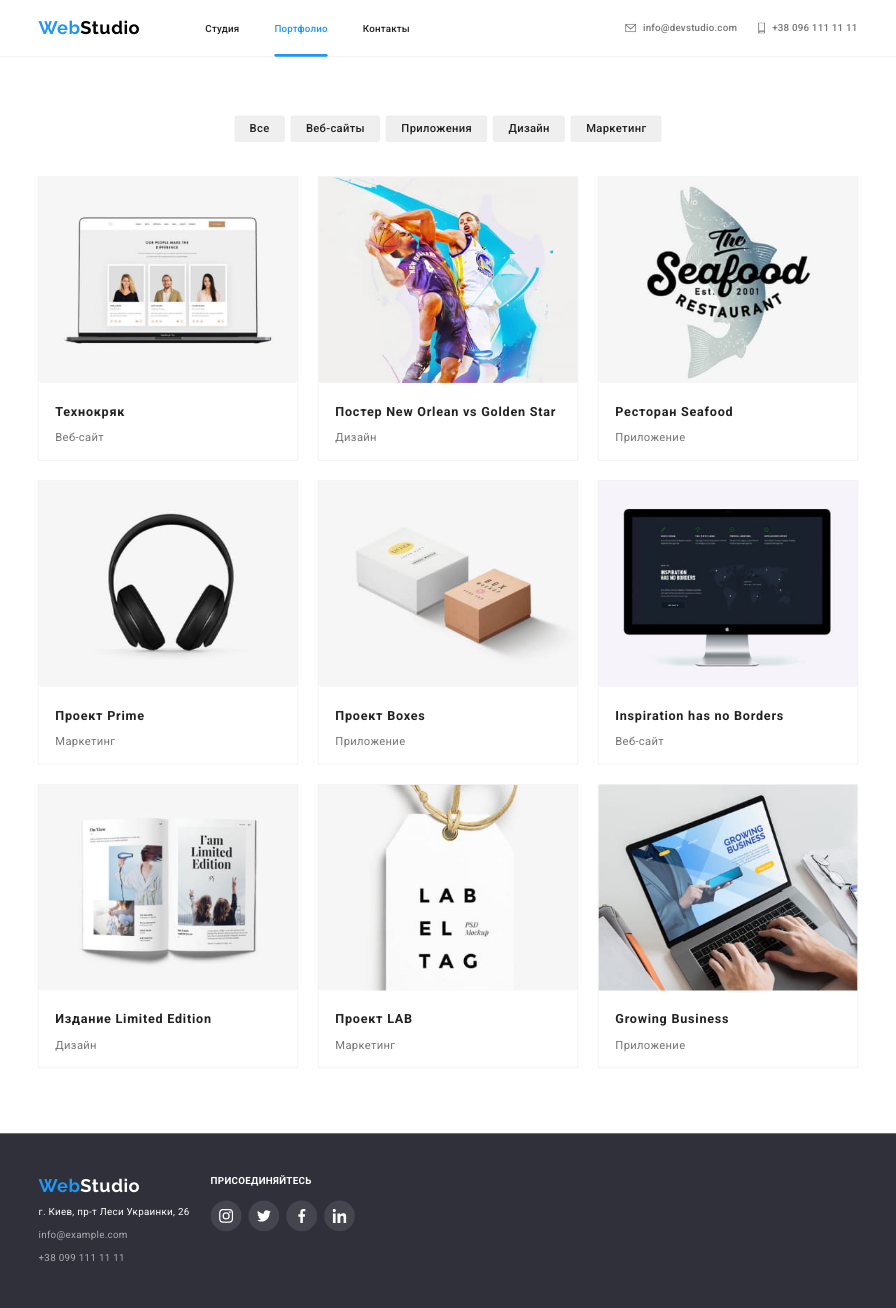
Repository: UliyaKucherernko/home-work-8
Page: porfolio.html
The author's editor kept a copy of each file at every save. The page is drawn from the files as they stood at one save, then again after the next save.
The browser window is 1280 px wide. The pictures show the whole page, at 70% of full size.

Above is the page before, as saved 2021-04-14 00:32:31.

### porfolio.html
<!DOCTYPE html>
<html lang="en">
<head>
    <!-- Служебная информация -->
    <meta charset="UTF-8">
    <meta http-equiv="X-UA-Compatible" content="IE=edge">
    <meta name="viewport" content="width=device-width, initial-scale=1.0">
    <title>homework5</title>
    <link rel="preconnect" href="https://fonts.gstatic.com">
    <link href="https://fonts.googleapis.com/css2?family=Raleway:wght@700&family=Roboto:wght@400;500;700;900&display=swap" rel="stylesheet">
    <link rel="stylesheet" href="./css/styles.css">
</head>
<body>

   <header class="header">
      <div class="container">
         <!-- Шапка -->
         <nav class="navigation">
            <a class="link logo-header" href="index.html">
               <span class="web">Web</span><span class="studio">Studio</span></a>
            <ul class="list menu">
               <li class="menu-item">
                  <a href="./index.html" class="link link-title menu-link">Студия</a>
               </li>
               <li class="menu-item">
                  <a href="./porfolio.html" class="link link-title menu-link current">Портфолио</a>
               </li>
               <li class="menu-item">
                  <a class="link link-title menu-link" href="">Контакты</a>
               </li>
            </ul>
         </nav>
         <ul class="list header-adress">
            <li class="contact-item">
               <a class="link contact-links menu-adress" href="mailto:info@devstudio.com">
                  <svg class="icon-header" width="16" height="12">
                     <use href="./images/icons-sprite.svg#icon-mail"></use>
                  </svg>
                  info@devstudio.com
               </a>
            </li>
            <li class="contact-item">
               <a class="link contact-links menu-adress" href="tel:+380961111111">
                  <svg class="icon-header" width="10" height="16">
                     <use href="./images/icons-sprite.svg#icon-phone"></use>
                  </svg>
                  +38 096 111 11 11
               </a>
            </li>
         </ul>
      </div>
   </header>

     <!--что входит в портфолио-->
    <main>
      <section class="gallery">
         <div class="container">
          <ul class="list gallery-btns">
              <li><button class="button-filtr" type="button">Все</button></li>
              <li><button class="button-filtr" type="button">Веб-сайты</button></li>
              <li><button class="button-filtr" type="button">Приложения</button></li>
              <li><button class="button-filtr" type="button">Дизайн</button></li>
              <li><button class="button-filtr" type="button">Маркетинг</button></li>
          </ul>



           <!--  <div class="gallery-thumb"> -->
               <!-- <div class="gallery-overlay">
                  <p class="gallery-text-overlay">Технокряк это современная площадка распространения коронавируса.
                     Компании используют эту платформу для цифрового
                  шпионажа и атак на защищённые сервера конкурентов.</p>
               </div> -->
               <ul class="list grid gallery-list">
                <li class="gallery-card"><img src="./images/1-monitor.jpg" alt="на мониторе 3 фотокарточки людей" width="370">
                <div class="gallery-names">
                       <h3 class="filtrs">Технокряк</h3>
                       <p class="main-filtrs">Веб-сайт</p>
                </div>
               </li>


                  <li class="gallery-card"><img src="./images/2-nba.jpg" alt="2 прня играют в баскетбол" width="370">
                     <div class="gallery-names">
                         <h3 class="filtrs">Постер New Orlean vs Golden Star</h3>
                        <p class="main-filtrs">Дизайн</p>
                      </div>
                  </li>

               <li class="gallery-card"><img src="./images/3-seafood.jpg" alt="рыбный ресторан" width="370">
                      <div class="gallery-names">
                         <h3 class="filtrs">Ресторан Seafood</h3>
                       <p class="main-filtrs">Приложение</p>
                   </div>
                  </li>

                  <li class="gallery-card"><img src="./images/4-prime.jpg" alt="наушники" width="370">
                     <div class="gallery-names">
                        <h3 class="filtrs">Проект Prime</h3>
                        <p class="main-filtrs">Маркетинг</p>
                     </div>
                     </li>

                  <li class="gallery-card"><img src="./images/5-boxes.jpg" alt="2 коробки разного размера" width="370">
                     <div class="gallery-names">
                        <h3 class="filtrs">Проект Boxes</h3>
                        <p class="main-filtrs">Приложение</p>
                     </div>
                     </li>

                  <li class="gallery-card"><img src="./images/6-borders.jpg" alt="монитор борд с картой мира" width="370">
                     <div class="gallery-names">
                        <h3 class="filtrs">Inspiration has no Borders</h3>
                        <p class="main-filtrs">Веб-сайт</p>
                     </div>
                     </li>

                  <li class="gallery-card"><img src="./images/7-magazine.jpg" alt="журнал" width="370">
                     <div class="gallery-names">
                        <h3 class="filtrs">Издание Limited Edition</h3>
                        <p class="main-filtrs">Дизайн</p>
                     </div>
                     </li>

                  <li class="gallery-card"><img src="./images/8-labels.jpg" alt="белая этикетка бирка" width="370">
                     <div class="gallery-names">
                        <h3 class="filtrs">Проект LAB</h3>
                        <p class="main-filtrs">Маркетинг</p>
                     </div>
                     </li>

                  <li class="gallery-card"><img src="./images/9-nout.jpg" alt="печатают на ноуте" width="370">
                     <div class="gallery-names">
                        <h3 class="filtrs">Growing Business</h3>
                        <p class="main-filtrs">Приложение</p>
                     </div>
                     </li>
                  </ul>
           </div>
     </section>
    </main>

   <!--подвал-->
   <footer class="footer-dark-bg">
      <div class="container">
         <div class="grid">
            <div class="grid-item-3">
               <a class="link footer-logo" href="index.html">
                  <span class="web">Web</span><span class="studio-footer">Studio</span></a>
               <address>
                  <ul class="footer-list">
                     <li><a href="" class="link footer-adress">г. Киев, пр-т Леси Украинки, 26</a></li>
                     <li><a href="mailto:info@example.com" class="link footer-social">info@example.com</a></li>
                     <li><a href="+380991111111" class="link footer-social">+38 099 111 11 11</a></li>
                  </ul>
               </address>
            </div>

            <div class="grid-item-3">
               <div class="card-footer">
                  <p class="f-sleng">присоединяйтесь</p>
               </div>
               <ul class="d-inline-flex">
                  <li class="social-icon-item">
                     <a href="" class="social-icon-link foo-icon">
                        <svg>
                           <use href="./images/icons-sprite.svg#icon-instagram"></use>
                        </svg>
                     </a>
                  </li>
                  <li class="social-icon-item">
                     <a href="" class="social-icon-link foo-icon">
                        <svg>
                           <use href="./images/icons-sprite.svg#icon-twitter"></use>
                        </svg>
                     </a>
                  </li>
                  <li class="social-icon-item">
                     <a href="" class="social-icon-link foo-icon">
                        <svg>
                           <use href="./images/icons-sprite.svg#icon-facebook"></use>
                        </svg>
                     </a>
                  </li>
                  <li class="social-icon-item">
                     <a href="" class="social-icon-link foo-icon">
                        <svg>
                           <use href="./images/icons-sprite.svg#icon-linkedin"></use>
                        </svg>
                     </a>
                  </li>
               </ul>
            </div>

         </div>
         <!-- <div class="card-footer-news">
                       <p class="news-title">подпишитесь на рассылку</p>
                     </div> -->
      </div>
   </footer>
   </body>

   </html>

### css/styles.css
/*-----Утилиты----------*/
:root {
  --main-text-color: #757575;
  --accent-color: #2196f3;
  --title-color: #212121;
  --dark-bg-color: #2f303a;
  --content-color: #ffffff;
  --team-color: #f5f4fa;
  --social-color: #afb1b8;
}

.grid-item-1 {
  --grid-item: 12;
}

.grid-item-2 {
  --grid-item: 6;
}

.grid-item-3 {
  --grid-item: 4;
}

.grid-item-4 {
  --grid-item: 3;
}

.grid-item-6 {
  --grid-item: 2;
}

.grid-item-12 {
  --grid-item: 1;
}

:focus {
  outline: none;
}

*,
::after,
::before {
  box-sizing: inherit;
}

.web {
  color: var(--accent-color);
}
.studio {
  color: #000000;
}

.studio-footer {
  color: var(--content-color);
}

address {
  font-style: normal;
}

body {
  font-family: "Roboto", sans-serif;
  font-size: 14px;
  font-weight: 500;
  line-height: 16px;
  letter-spacing: 0.02em;
  text-align: left;
  color: var(--main-text-color);
  margin: 0;
}

.link {
  text-decoration: none;
  color: inherit;
}

.container {
  width: 1200px;
  padding-left: 15px;
  padding-right: 15px;
  margin-right: auto;
  margin-left: auto;
  box-sizing: border-box;
  /* background-color:gray; */
}

.grid {
  display: flex;
  flex-wrap: wrap;
  gap: 30px;
}

.grid-item {
  flex-basis: calc((100% - 30px * var(--grid-item)) / var(--grid-item));
}

button {
  cursor: pointer;
  font-family: inherit;
}

h1,
h2,
h3,
h4,
h5,
h6,
p,
ul,
li {
  margin: 0;
  padding: 0;
}
/*Конец Утилит*/

.list {
  display: flex;
  justify-content: center;
  margin-top: 0;
  margin-bottom: 0;
  padding-left: 0;

  list-style: none;
}

.section-title {
  margin-top: 0;
  margin-bottom: 0;
  text-align: center;
  font-weight: 700;
  font-size: 36px;
  line-height: 1.16;
  letter-spacing: 0.03em;
  color: var(--title-color);
}

/*--------требование к команде------------*/

.all-feature {
  padding-top: 94px;
  padding-bottom: 94px;
}

.feature {
  display: inline-block;
  width: 270px;
  height: 251px;
  /* background-color: var(--team-color);
  border-radius: 4px; */
}

.feature-icon {
  display: flex;
  justify-content: center;
  align-items: center;
  background-color: var(--team-color);
  border-radius: 4px;
  width: 270px;
  height: 120px;
}

.feature-icon svg {
  width: 70px;
  height: 70px;
}

.feature:not(:last-child) {
  margin-right: 30px;
}

.main-team-feature {
  margin-top: 30px;
  font-weight: 700;
  font-size: 14px;
  line-height: 1.14;
  letter-spacing: 0.03em;
  text-transform: uppercase;
  color: var(--title-color);
}

.team-feature {
  margin-top: 12px;
  margin-bottom: 0;
  font-weight: 400;
  font-size: 14px;
  line-height: 1.71;
  letter-spacing: 0.03em;
  color: var(--main-text-color);
  font-size: 14px;
  line-height: 1.71;
  letter-spacing: 0.03em;
  color: var(--main-text-color);
}

/*.visually-hidden {
  position: absolute;
  {
  display: block;
  content: "";
  width: 270px;
  height: 120px;
  background-color: var(--team-color);
  border-radius: 4px;
}px;
  margin: -1px;
  border: 0;
  p
.link.current {
  color: var(--accent-color);
}*/

/* ------3 box---------- */
.content {
  position: absolute;

  display: flex;
  justify-content: center;
  align-items: center;
  font-weight: bold;
  line-height: 1.14;
  text-transform: uppercase;
  top: 224px;
  right: 0;
  width: 100%;
  height: 70px;
  color: var(--content-color);
  background-color: rgba(47, 48, 58, 0.8);
}
.boxes {
  margin-top: 50px;
}

.box-product {
  position: relative;
}

/*----------HERO----------  */

.hero-dark-bg {
  max-width: 1600px;
  height: 600px;
  margin-left: auto;
  margin-right: auto;
  padding: 200px 0;
  box-sizing: border-box;
  background: #c4c4c4;
}

.hero-title {
  margin-top: auto;
  margin-bottom: 30px;
  margin-left: auto;
  margin-right: auto;
  width: 696px;
  height: 120px;
  font-weight: 900;
  font-size: 44px;
  line-height: 1.36;

  letter-spacing: 0.06em;
  text-transform: uppercase;
  text-align: center;
  color: var(--content-color);
}

.overlay {
  max-width: 1600px;
  height: 600px;

  margin-left: auto;
  margin-right: auto;
  background-image: linear-gradient(
      to right,
      rgba(47, 48, 58, 0.4),
      rgba(47, 48, 58, 0.4)
    ),
    url(../images/team-overlay.jpg);
  background-repeat: no-repeat;
  background-position: center;
  background-size: cover;
}

.hero {
  display: flex;
  flex-direction: column;
  justify-content: center;
  align-items: center;
}

.hero-button {
  padding: 10px 32px;
  min-width: 136px;
  font-weight: 700;
  font-size: 16px;
  line-height: 1.87;
  letter-spacing: 0.06em;
  background: var(--accent-color);
  border-radius: 4px;
  border: 0;
  color: #ffffff;
}

/* -----BUTTON GALLERY----- */

.button-filtr {
  border: 0;
  border-radius: 4px;
  padding: 6px 22px;
  font-weight: 500;
  font-size: 16px;
  line-height: 1.62;
  letter-spacing: 0.03em;
  color: var(--title-color);
}

.button-filtr:hover,
.button-filtr:focus {
  box-shadow: 0px 3px 1px rgba(0, 0, 0, 0.1), 0px 1px 2px rgba(0, 0, 0, 0.08),
    0px 2px 2px rgba(0, 0, 0, 0.12);
  transition-duration: 250ms;
  transition-timing-function: cubic-bezier(0.4, 0, 0.2, 1);
}

.gallery-btns li:not(:last-child) .button-filtr {
  margin-right: 8px;
}

button:hover,
button:focus {
  background: var(--accent-color);
  color: #fff;
  transition-duration: 250ms;
  transition-timing-function: cubic-bezier(0.4, 0, 0.2, 1);
}

.gallery-list {
  padding-bottom: 94px;
  margin-top: 50px;
}

.gallery {
  padding-top: 84px;
}

.gallery-names {
  padding: 20px 24px 20px 24px;
}
.gallery-card {
  --grid-item: 3;
  width: 370px;
  height: 404px;
  box-sizing: border-box;
  background: var(--content-color);
  outline: 1px solid #eeeeee;
}

.gallery-card:hover,
.gallery-card:focus {
  box-shadow: 0px 1px 1px rgba(0, 0, 0, 0.12), 0px 4px 4px rgba(0, 0, 0, 0.06),
    1px 4px 6px rgba(0, 0, 0, 0.16);
  transition-duration: 250ms;
  transition-timing-function: cubic-bezier(0.4, 0, 0.2, 1);
}

.filtrs {
  margin-bottom: 4px;
  font-weight: 700;
  font-size: 18px;
  line-height: 2;
  letter-spacing: 0.06em;
  color: var(--title-color);
}

.main-filtrs {
  font-weight: 400;
  font-size: 16px;
  line-height: 1.87;
  letter-spacing: 0.03em;
  color: var(--main-text-color);
}

.work {
  padding-top: 94px;
  padding-bottom: 94px;
}

.social-icons .icon {
  width: 20px;
  height: 20px;
  fill: var(--social-color);
}

.d-inline-flex {
  display: inline-flex;
}
/*
.gallery-thumb {
  position: relative;
  overflow: hidden;
}

.gallery-overlay {
  position: absolute;
  display: flex;
  align-items: center;
  width: 100%;
  height: 100%;
}

.gallery-text-overlay {
  font-size: 18px;
  max-width: 340px;
  padding-left: 24px;
  line-height: 1.56;
  color: var(--content-color);
}

.gallery-thumb::before {
  display: inline-block;
  content: "";

  position: absolute;
  top: 0;
  left: 0;
  width: 370px;
  height: 294px;
  background-color: rgba(33, 150, 243, 0.9);
  opacity: 0;
}

.gallery-list:hover .gallery-thumb::before {
  transform: translateY(0);
} */

/* -------команда имена карточки соц иконки----------- */

.team-card {
  --grid-item: 4;
  text-align: center;
  background: white;
  width: 270px;
  height: 428px;
  box-sizing: border-box;
  box-shadow: 0px 1px 3px rgb(0 0 0 / 12%), 0px 1px 1px rgb(0 0 0 / 14%),
    0px 2px 1px rgb(0 0 0 / 20%);
  border-radius: 0px 0px 4px 4px;
}

.team {
  padding-top: 94px;
  padding-bottom: 94px;
  box-sizing: border-box;
  background: var(--team-color);
}

.team-card:not(:last-child) {
  margin-right: 30px;
}

.team-names {
  padding: 30px 0;
}

.names {
  margin-bottom: 10px;
  font-weight: 500;
  font-size: 16px;
  line-height: 1.18;
  letter-spacing: 0.03em;
  color: var(--title-color);
}

.team-profession {
  margin-top: 10px;
  margin-bottom: 16px;
  font-weight: 400;
  font-size: 16px;
  line-height: 1.18;
  letter-spacing: 0.03em;
  color: var(--main-text-color);
}

.team-body {
  display: flex;
  justify-content: center;
  margin-top: 50px;
  list-style: none;
}

.team-body .team-item:not(:last-child) {
  margin-right: 30px;
}

.social-icon-item {
  display: block;
}

.social-icon-item svg {
  width: 20px;
  height: 20px;
}

.social-icon-item:not(:last-child) {
  margin-right: 10px;
}

.social-icon-link {
  display: flex;
  justify-content: center;
  align-items: center;
  width: 44px;
  height: 44px;
  border-radius: 50%;
}

.social-icon-link.team-icon {
  background: var(--content-color);
}

.social-icon-link.team-icon:hover svg,
.social-icon-link.team-icon:focus svg {
  fill: var(--content-color);
  transition-duration: 250ms;
  transition-timing-function: cubic-bezier(0.4, 0, 0.2, 1);
}

.social-icon-link.team-icon svg {
  fill: var(--social-color);
}

.social-icon-link.foo-icon svg {
  fill: var(--content-color);
}

.social-icon-link.foo-icon {
  background: rgba(255, 255, 255, 0.1);
}

.social-icon-link:hover,
.social-icon-link:focus {
  background-color: var(--accent-color);
  transition-duration: 250ms;
  transition-timing-function: cubic-bezier(0.4, 0, 0.2, 1);
}

.social-icon-link.team-icon:hover .icon,
.social-icon-link.team-icon:focus .icon {
  fill: var(--content-color);
  transition-duration: 250ms;
  transition-timing-function: cubic-bezier(0.4, 0, 0.2, 1);
}

/* ------постоянные клиенты-------- */

.cl {
  padding-top: 94px;
  padding-bottom: 94px;
}

.cl-item .cl-logo {
  fill: var(--social-color);
}

.cl-item {
  display: flex;
}

.social-icons .cl-logo {
  fill: var(--social-color);
}

.cl-link:hover .cl-logo,
.cl-link:focus .cl-logo {
  fill: var(--accent-color);
  transition-duration: 250ms;
  transition-timing-function: cubic-bezier(0.4, 0, 0.2, 1);
}

.item-cl:not(:last-child) {
  margin-right: 30px;
}

.cl-link {
  margin-top: 50px;
  display: flex;
  justify-content: center;
  align-items: center;
  width: 170px;
  height: 90px;
  border: 1px solid #afb1b8;
  border-radius: 4px;
}

.cl-link:hover,
.cl-link:focus {
  border: 1px solid var(--accent-color);
  transition-duration: 250ms;
  transition-timing-function: cubic-bezier(0.4, 0, 0.2, 1);
}

.cl-link .navigation {
  display: flex;
  align-items: center;
  margin-right: auto;
}

/* -------------ХЕДЕР-------------- */

.navigation {
  display: flex;
  align-items: center;
  margin-right: auto;
}

.header {
  border-bottom: 1px solid #eeeeee;

  color: var(--title-color);
}

.header .container {
  display: flex;
  justify-content: flex-end;
  align-items: center;
}

.header-adress {
  font-weight: 500;
  font-size: 14px;
  line-height: 1.14;
  letter-spacing: 0.02em;
  color: var(--main-text-color);
}
.logo-header {
  margin-right: 93px;

  font-family: Raleway;
  font-weight: 700;
  font-size: 26px;
  line-height: 1.19;
  letter-spacing: 0.03em;
}

.current {
  color: var(--accent-color);
}
.menu {
  display: inline-flex;
}

.link-title {
  position: relative;
  padding-bottom: 32px;
  padding-left: 0;
  padding-right: 0;
  transition-property: color;
}
.menu-link {
  display: block;
  padding-top: 32px;
  padding-bottom: 32px;
  padding-left: 0;
  padding-right: 0;
  transition-property: color;
  transition-duration: 250ms;
  transition-timing-function: cubic-bezier(0.4, 0, 0.2, 1);
}
.current::after {
  content: "";
  position: absolute;
  display: block;
  width: 100%;
  height: 4px;
  border-radius: 2px;
  left: 0;
  bottom: -1px;
  background-color: var(--accent-color);
}

.menu-item:not(:last-child) {
  margin-right: 50px;
}

.menu-adress:not(:last-child) {
  margin-right: 50px;
}

.menu-adress:hover,
.menu-adress:focus {
  color: var(--accent-color);
  transition-duration: 250ms;
  transition-timing-function: cubic-bezier(0.4, 0, 0.2, 1);
}

.contact-item:not(:last-child) {
  margin-right: 30px;
}

.icon-header {
  fill: var(--main-text-color);
}

.header-adress .icon-header {
  margin-right: 10px;
  stroke: var(--main-text-color);
}

.link-title:hover,
.link-title:focus {
  color: var(--accent-color);
  transition-duration: 250ms;
  transition-timing-function: cubic-bezier(0.4, 0, 0.2, 1);
}

.contact-links {
  display: flex;
  align-items: center;
}

.contact-links:hover .icon-header,
.contact-links:focus .icon-header {
  stroke: var(--accent-color);
  transition-duration: 250ms;
  transition-timing-function: cubic-bezier(0.4, 0, 0.2, 1);
}

.contact-links .footer-list {
  margin-top: 20px;
  list-style: none;
}

/* ---------------------ФУТЕР---------------- */

.f-block {
  --grid-item: 2;
  align-self: baseline;
}

.footer-list li {
  margin-top: 9px;
  list-style: none;
}

.footer-dark-bg {
  padding: 60px 0;
  box-sizing: border-box;
  background: var(--dark-bg-color);
}

.footer-social {
  font-weight: 400;
  font-size: 14px;
  line-height: 1.71;
  letter-spacing: 0.03em;
  color: rgba(255, 255, 255, 0.6);
}

.footer-adress {
  font-weight: 400;
  font-size: 14px;
  line-height: 1.71;
  letter-spacing: 0.03em;
  color: #ffffff;
}

.footer-logo {
  font-family: Raleway;
  font-weight: 700;
  font-size: 26px;
  line-height: 1.19;
  letter-spacing: 0.03em;
}

.f-sleng {
  margin-bottom: 20px;
  font-weight: 700;
  font-size: 14px;
  line-height: 1.14;
  letter-spacing: 0.03em;
  text-transform: uppercase;
  color: var(--content-color);
}

/* ------МОДАЛЬНОЕ ОКНО------- */
.backdrop {
  position: fixed;
  width: 100%;
  height: 100%;
  left: 0px;
  top: 0px;

  background: rgba(0, 0, 0, 0.2);
}

.backdrop.is-hidden {
  opacity: 0;
  pointer-events: none;
}

.modal {
  position: absolute;
  top: 50%;
  left: 50%;
  transform: translate(-50%, -50%);

  width: 528px;
  height: 581px;
  box-shadow: 0px 1px 3px rgba(0, 0, 0, 0.12), 0px 1px 1px rgba(0, 0, 0, 0.14),
    0px 2px 1px rgba(0, 0, 0, 0.2);
  border-radius: 4px;
  background-color: var(--content-color);
  transform: translate(-50%, -50%) scale(1);
  transition: transform 250ms cubic-bezier(0.4, 0, 0.2, 1);
}

.modal:hover {
  transform: translate(-50%, -50%) scale(1);
  transition: transform 250ms cubic-bezier(0.4, 0, 0.2, 1);
}

.modal-button {
  position: absolute;
  width: 30px;
  height: 30px;
  right: 8px;
  top: 8px;
  display: flex;
  justify-content: center;
  align-items: center;

  background: var(--content-color);
  border: 1px solid rgba(0, 0, 0, 0.1);
  box-sizing: border-box;
  border-radius: 50%;
}

.icon-close {
  position: absolute;
  top: 50%;
  left: 50%;
  transform: translate(-50%, -50%);
  cursor: pointer;
  transition-property: fill;
  transition-duration: 250ms;
  transition-timing-function: cubic-bezier(0.4, 0, 0.2, 1);
}

After the next save:
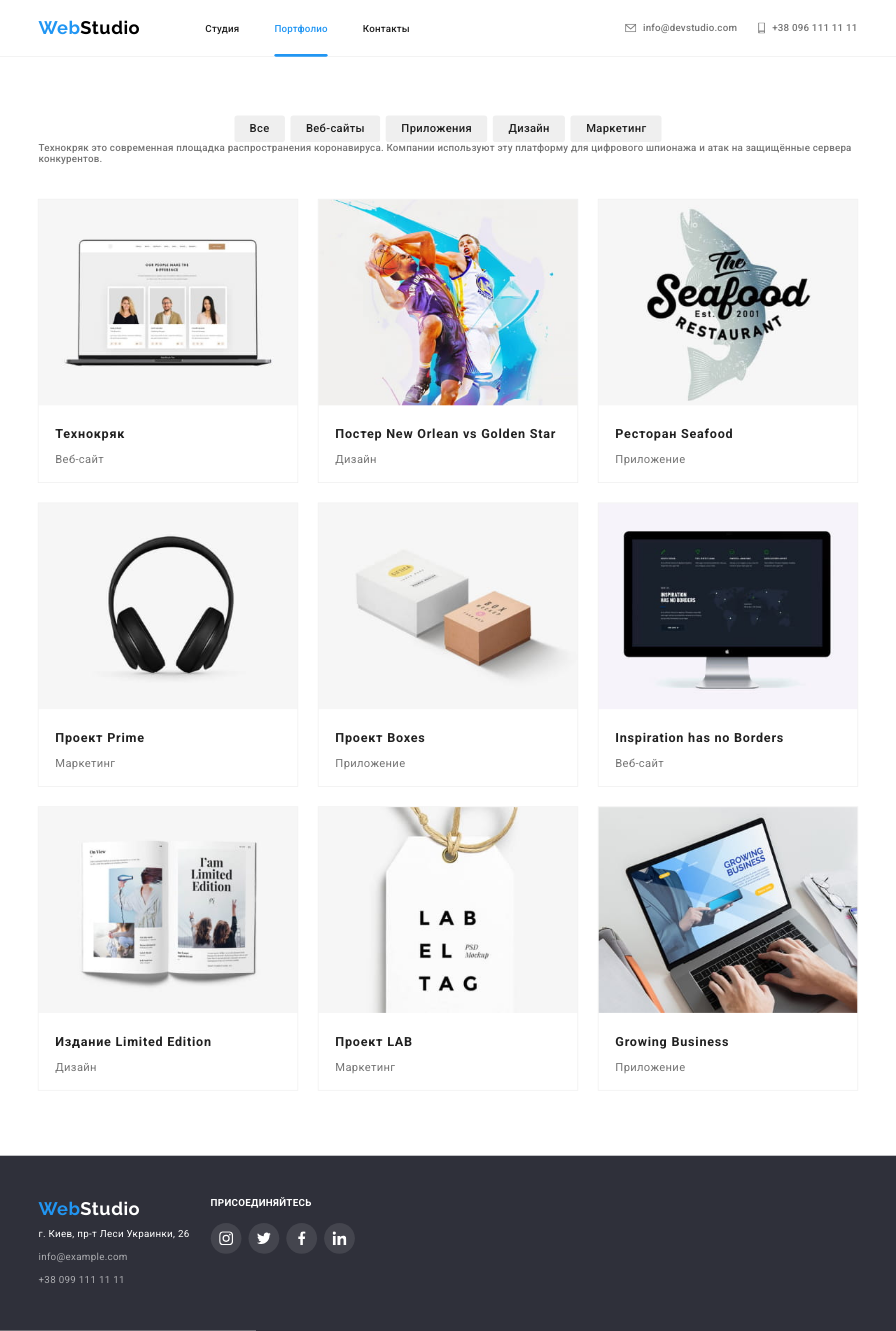
Saved 4 min 13 s later.
--- a/porfolio.html
+++ b/porfolio.html
@@ -65,12 +65,12 @@
 
 
 
-           <!--  <div class="gallery-thumb"> -->
-               <!-- <div class="gallery-overlay">
+          <div class="gallery-thumb">
+               <div class="gallery-overlay">
                   <p class="gallery-text-overlay">Технокряк это современная площадка распространения коронавируса.
                      Компании используют эту платформу для цифрового
                   шпионажа и атак на защищённые сервера конкурентов.</p>
-               </div> -->
+               </div>
                <ul class="list grid gallery-list">
                 <li class="gallery-card"><img src="./images/1-monitor.jpg" alt="на мониторе 3 фотокарточки людей" width="370">
                 <div class="gallery-names">
